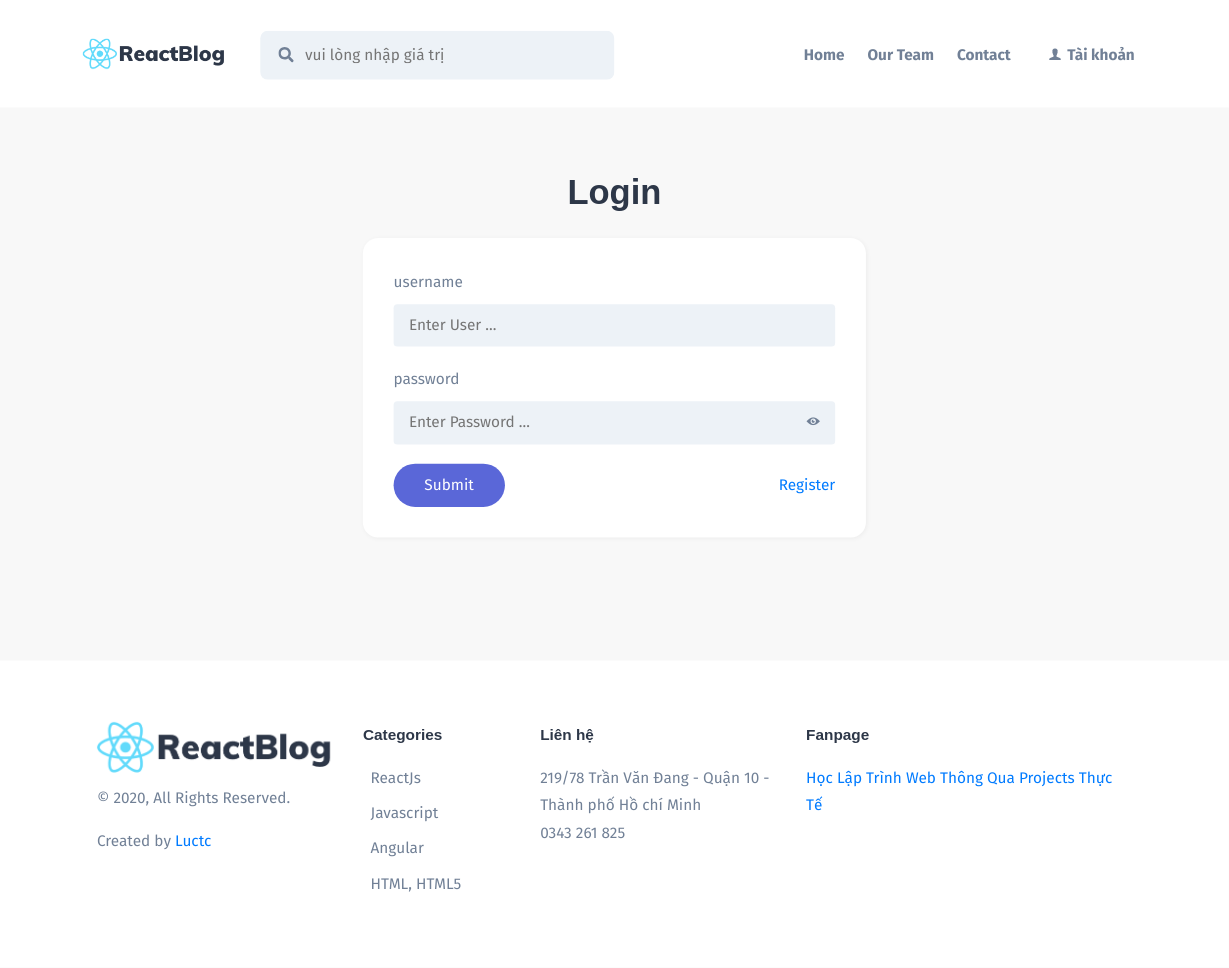
Repository: khuong30082000/Project-by-khuong
Page: /login
An editor plug-in stored every save of this project. The page is shown before and after the next save, followed by the edit.
The browser window is 1280 px wide. The pictures show the whole page, at 96% of full size.
The page's requests for data from a server got no answer. Some web fonts or font styles are not loaded; a fallback is used. The project was rebuilt for these pictures with package versions that can differ from the ones it lists, and the page was loaded fresh each time. No one was signed in, and anything a server would have sent is missing. Also part of the build but not shown: src/components/ArticleLatest/latest-news-list.css, src/components/shared/MainTitle/main-title.css, src/components/shared/IconLoading.js, src/components/shared/MainTitle/index.js, src/components/ArticleItems/article-item.css, src/components/ArticleItems/ArticleItemThumb.js, src/components/ArticleItems/ArticleItemTitle.js, src/components/ArticleItems/ArticleItemAvatar.js and 27 more.

Above is the page before, as saved 2022-04-14 12:10:16.

After the next save:
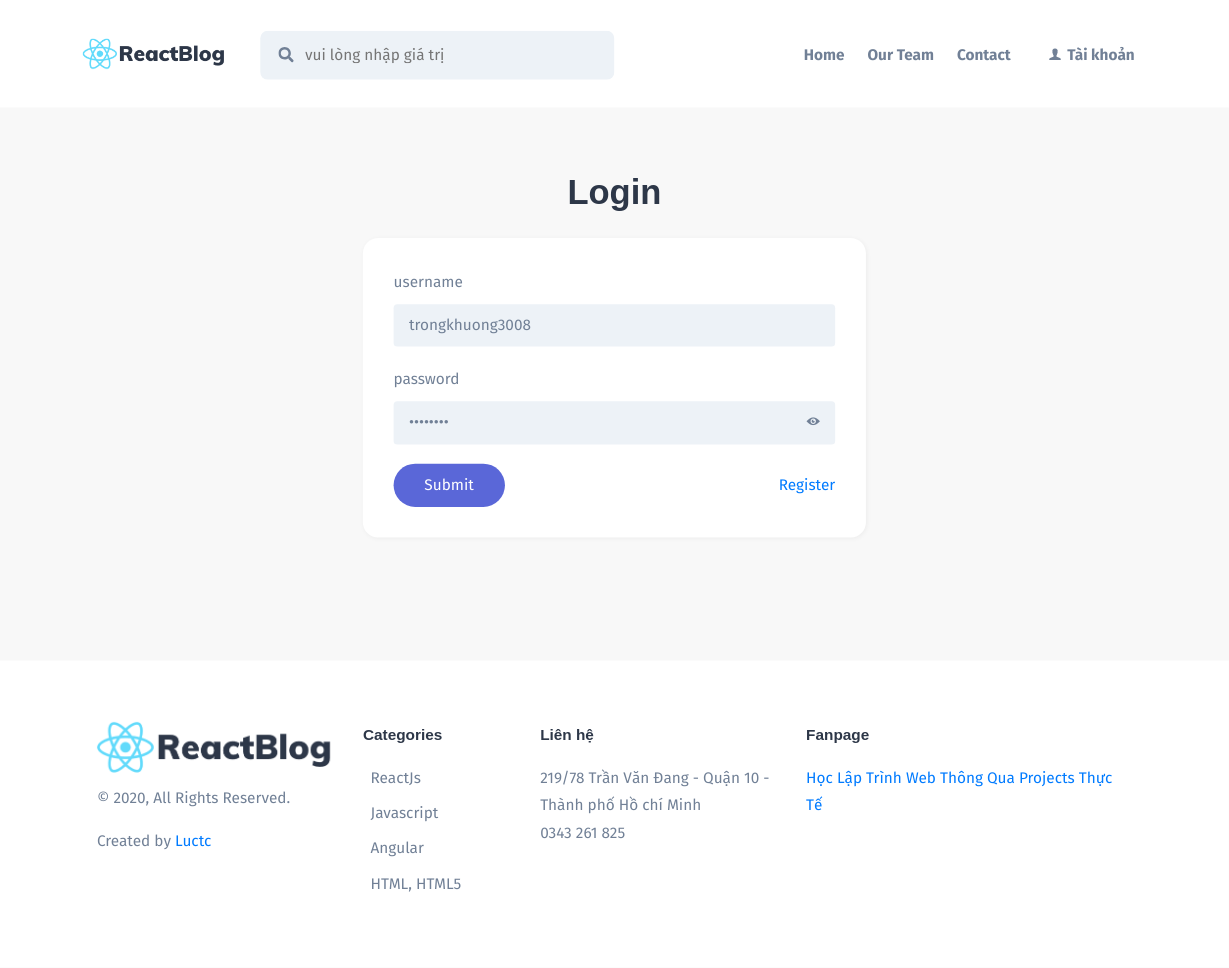
Saved 2 min 10 s later.
--- a/src/pages/LoginPage/index.js
+++ b/src/pages/LoginPage/index.js
@@ -11,11 +11,11 @@ function LoginPage() {
   const [isFormDirty, setIsFormDirty] = useState(false);
   const [formData, setFormData] = useState({
     username: {
-      value: "",
+      value: "trongkhuong3008",
       error: "",
     },
     password: {
-      value: "",
+      value: "fsafafaf",
       error: "",
     },
   });
